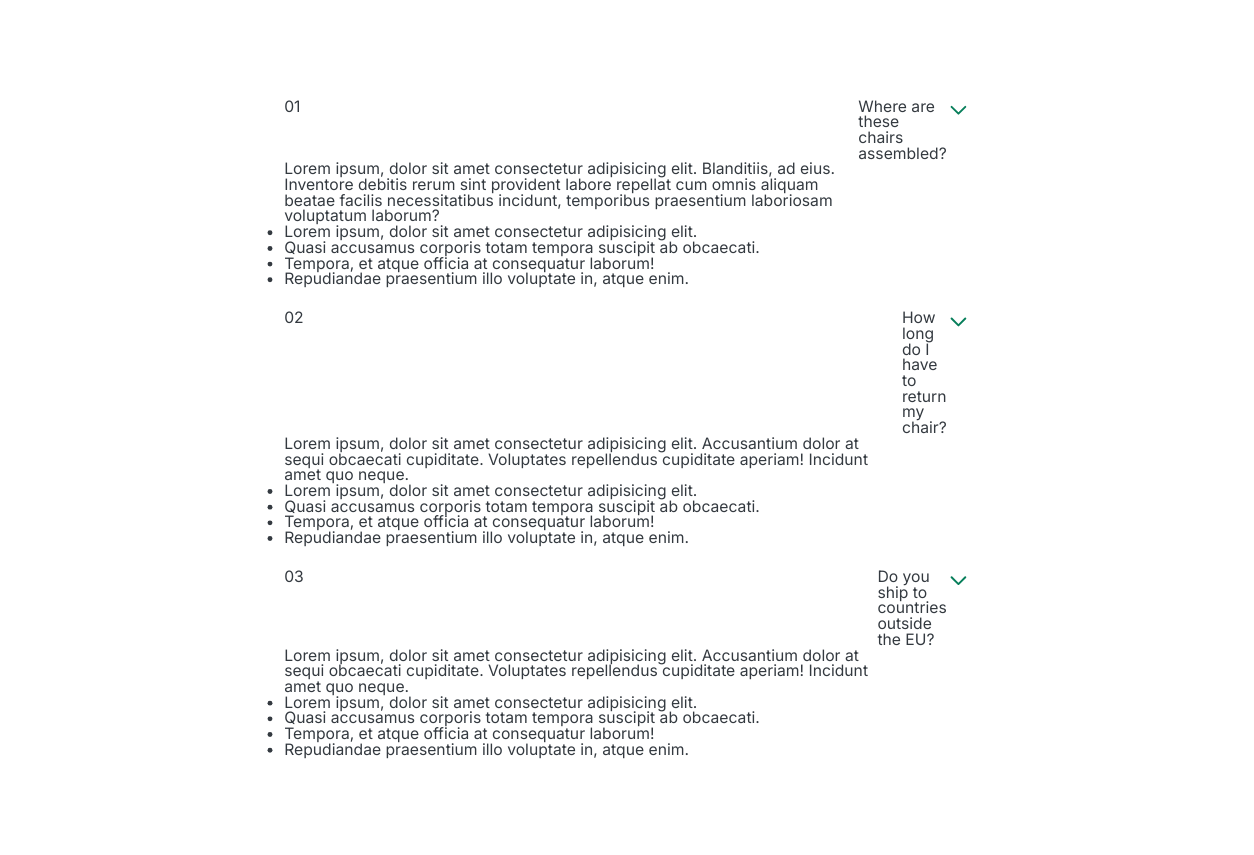
Repository: nghiakma/HTML-CSS-Fundamental
Page: Component_LayoutPatterns/accordion.html
The author's editor kept a copy of each file at every save. The page is drawn from the files as they stood at one save, then again after the next save.
The browser window is 1280 px wide. The pictures show the whole page, at 98% of full size.

Above is the page before, as saved 2023-08-26 11:05:05.

After the next save:
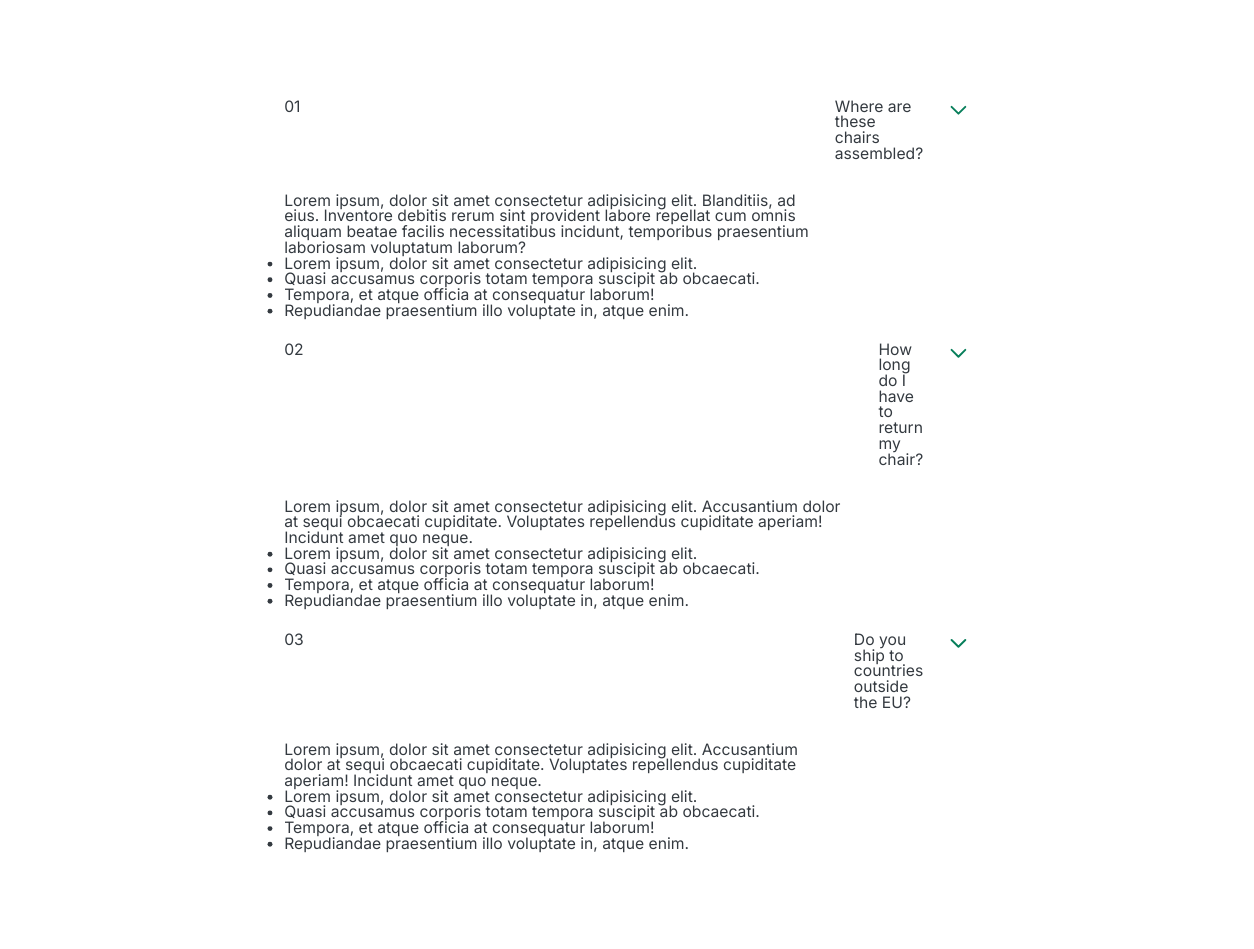
Saved 116 s later.
--- a/Component_LayoutPatterns/accordion.html
+++ b/Component_LayoutPatterns/accordion.html
@@ -40,6 +40,8 @@
     .item {
       display: grid;
       grid-template-columns: auto 1fr auto;
+      column-gap: 24px;
+      row-gap: 32px;
     }
 
 
